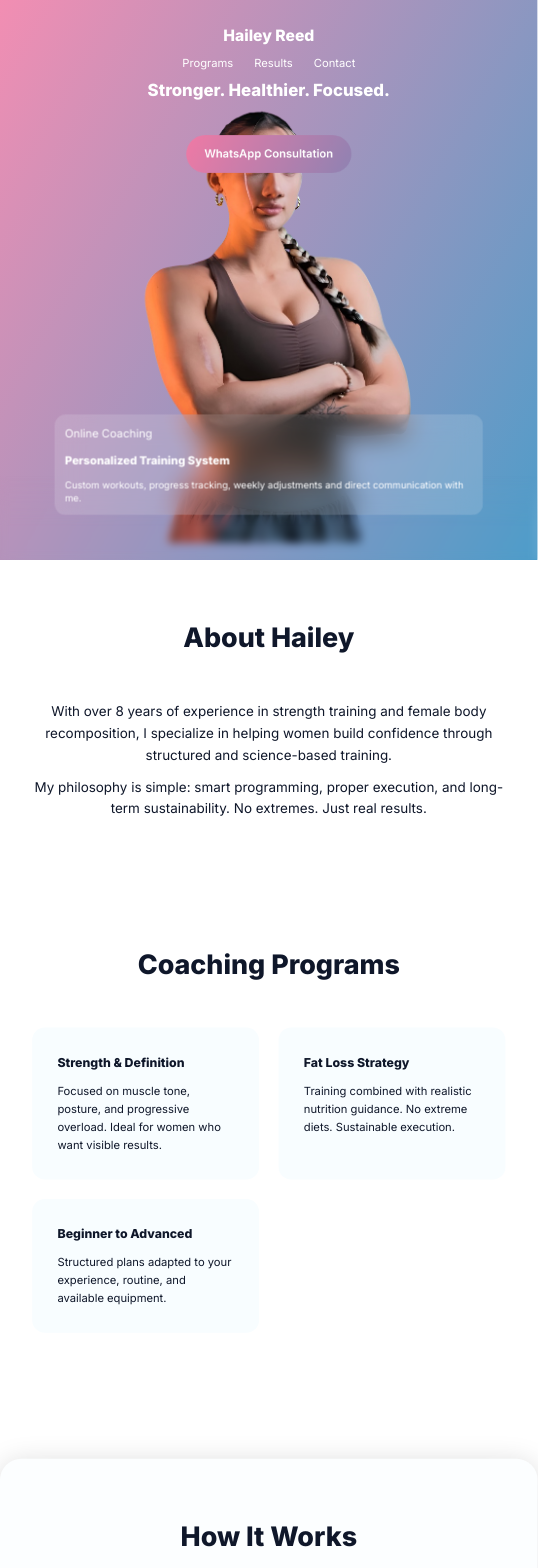
Repository: davidfsillva/Hailey-Reed-Coaching
Page: index.html
The author's editor kept a copy of each file at every save. The page is drawn from the files as they stood at one save, then again after the next save.
The browser window is 768 px wide. The pictures show the part of the page from y = 0 to 2240 px (the page is 5196 px tall), at 70% of full size.

Above is the page before, as saved 2026-02-12 11:26:29.

### index.html
<!DOCTYPE html>
<html lang="en">
<head>
  <meta charset="UTF-8" />
  <meta name="viewport" content="width=device-width, initial-scale=1.0" />
  <title>Personal Trainer | Online Coaching</title>
  <link rel="stylesheet" href="style.css" />
  <link rel="preconnect" href="https://fonts.googleapis.com">
  <link rel="preconnect" href="https://fonts.gstatic.com" crossorigin>
  <link href="https://fonts.googleapis.com/css2?family=Inter:wght@400;600;800&display=swap" rel="stylesheet">
</head>
<body>

<header class="hero">
  <nav class="nav">
    <h1 class="logo">Hailey Reed</h1>
    <div class="nav-links">
      <a href="#programs">Programs</a>
      <a href="#results">Results</a>
      <a href="#contact">Contact</a>
    </div>
  </nav>

  <img class="hero-img" src="img/Photoroom_20260211_45117 PM.png" alt="Trainer" />

  <div class="hero-gradient"></div>

  <div class="hero-content">
    <div class="hero-text">
<h2 class="hero-title">
  Stronger. <br>
  Healthier. <br>
  Focused.
</h2>

      <p>
        Evidence-based training designed for women who <br>
        want real strength, visible definition, and long-term <br>
        consistency — without wasting time.
      </p>
      <div class="cta-group hero-cta">
        <a href="https://wa.me/5599999999999" target="_blank" class="btn primary whatsapp-btn">
          WhatsApp Consultation
        </a>
      </div>
    </div>

    <div class="hero-card">
      <span class="tag">Online Coaching</span>
      <h3>Personalized Training System</h3>
      <p>
        Custom workouts, progress tracking, weekly adjustments
        and direct communication with me.
      </p>
    </div>
  </div>
</header>

<!-- ABOUT SECTION -->
<section class="section">
  <h3>About Hailey</h3>
  <div class="testimonial">
    <p>
      With over 8 years of experience in strength training and female body
      recomposition, I specialize in helping women build confidence through
      structured and science-based training.
    </p>
    <p>
      My philosophy is simple: smart programming, proper execution,
      and long-term sustainability. No extremes. Just real results.
    </p>
  </div>
</section>

<section id="programs" class="section">
  <h3>Coaching Programs</h3>

  <div class="cards">
    <div class="card">
      <h4>Strength & Definition</h4>
      <p>
        Focused on muscle tone, posture, and progressive overload.
        Ideal for women who want visible results.
      </p>
    </div>

    <div class="card">
      <h4>Fat Loss Strategy</h4>
      <p>
        Training combined with realistic nutrition guidance.
        No extreme diets. Sustainable execution.
      </p>
    </div>

    <div class="card">
      <h4>Beginner to Advanced</h4>
      <p>
        Structured plans adapted to your experience, routine,
        and available equipment.
      </p>
    </div>
  </div>
</section>

<!-- HOW IT WORKS -->
<section class="section dark">
  <h3>How It Works</h3>

  <div class="cards">
    <div class="card">
      <h4>1. Initial Consultation</h4>
      <p>
        We discuss your goals, routine, training history,
        and current physical condition.
      </p>
    </div>

    <div class="card">
      <h4>2. Custom Plan Creation</h4>
      <p>
        A personalized workout structure is designed
        specifically for your body and objectives.
      </p>
    </div>

    <div class="card">
      <h4>3. Weekly Adjustments</h4>
      <p>
        Progress tracking and adjustments ensure continuous
        improvement and optimal results.
      </p>
    </div>
  </div>
</section>

<section id="results" class="section dark">
  <h3>Client Feedback</h3>

  <div class="testimonial">
    <p>
      “This coaching completely changed how I train.
      Every session has a clear purpose and I finally feel strong.”
    </p>
    <span>— Samantha M.</span>
  </div>
</section>

<!-- TRANSFORMATION PROCESS -->
<section class="section">
  <h3>The Transformation Process</h3>

  <div class="testimonial">
    <p>
      Sustainable transformation is not about intensity —
      it's about consistency.
    </p>
    <p>
      Through progressive overload, intelligent recovery,
      and realistic nutrition, we create measurable and lasting results.
    </p>
  </div>
</section>

<!-- FAQ -->
<section class="section">
  <h3>Frequently Asked Questions</h3>

  <div class="cards">
    <div class="card">
      <h4>Do I need gym access?</h4>
      <p>
        Not necessarily. Programs can be adapted for home training
        with minimal equipment.
      </p>
    </div>

    <div class="card">
      <h4>Is nutrition included?</h4>
      <p>
        Yes. You receive structured guidance focused on sustainable habits,
        not restrictive diets.
      </p>
    </div>

    <div class="card">
      <h4>How long until I see results?</h4>
      <p>
        Most clients notice strength improvements within weeks
        and visible body changes within 8–12 weeks.
      </p>
    </div>
  </div>
</section>

<!-- FINAL CTA SECTION -->
<section class="section dark">
  <div class="testimonial">
    <h3>Ready to Transform?</h3>
    <p>
      Your strongest, healthiest version starts with a decision.
      Let’s build it together.
    </p>
    <div class="cta-group center">
      <a href="https://wa.me/5599999999999" target="_blank" class="btn primary">
        Apply for Coaching
      </a>
    </div>
  </div>
</section>

<footer class="footer">
  <p>© 2026 Hailey Reed Coaching. All rights reserved.</p>
</footer>

<script src="script.js"></script>
</body>
</html>

### style.css
:root {
  --pink: #f07aa5;
  --blue: #2e8bc0;
  --dark: #0f172a;
  --light: #ffffff;
  --muted: #cbd5e1;
}

/* ================= RESET ================= */
* {
  margin: 0;
  padding: 0;
  box-sizing: border-box;
  font-family: 'Inter', sans-serif;
}

body {
  background: var(--light);
  color: var(--dark);
  line-height: 1.6;
}

/* ================= HERO ================= */
.hero {
  position: relative;
  min-height: 100vh;
  padding: 32px 8%;
  color: white;
  overflow: hidden;
}

/* IMAGEM */
.hero-img {
  position: absolute;
  top: 50%;
  left: 50%;
  transform: translate(-50%, -50%);
  width: 60%;
  max-width: 500px;
  height: auto;
  z-index: 2;
}

/* GRADIENTE */
.hero-gradient {
  position: absolute;
  inset: 0;
  background: linear-gradient(
    120deg,
    rgba(240,122,165,0.85),
    rgba(46,139,192,0.85)
  );
  z-index: 1;
}

/* CONTEÚDO */
.hero-content {
  position: relative;
  z-index: 5;
}

/* TEXTO */
.hero-text {
  display: flex;
  flex-direction: column;
  justify-content: center;
  height: 85vh;
  max-width: 550px;
}

.hero-title {
  font-size: clamp(2.8rem, 5vw, 4.5rem);
  line-height: 1.05;
  margin-bottom: 24px;
}

.hero-text p {
  max-width: 480px;
  font-size: 1rem;
  color: #f1f5f9;
}

/* BLUR INFERIOR */
.hero::after {
  content: "";
  position: absolute;
  bottom: 0;
  left: 0;
  width: 100%;
  height: 120px;
  backdrop-filter: blur(6px);
  -webkit-backdrop-filter: blur(6px);
  mask-image: linear-gradient(to top, black 40%, transparent 100%);
  pointer-events: none;
  z-index: 3;
}

/* ================= BOTÕES ================= */
.cta-group {
  display: flex;
  gap: 16px;
  margin-top: 32px;
  flex-wrap: wrap;
}

.btn {
  padding: 14px 26px;
  border-radius: 999px;
  font-weight: 600;
  text-decoration: none;
  display: inline-block;
  transition: all 0.35s cubic-bezier(0.22, 1, 0.36, 1);
  will-change: transform;
}

.whatsapp-btn {
  background: linear-gradient(120deg, var(--pink), var(--blue)) ;
  color: var(--light) !important;
}

.whatsapp-btn:hover {
  background: linear-gradient(120deg, var(--pink), var(--blue)) !important;
  color: var(--dark);
  box-shadow: 0 10px 25px rgba(0, 0, 0, 0.884);
  transform: translateY(-4px) !important;
  background-size: 200% 200%;

}

.btn.primary {
  background: linear-gradient(120deg, var(--pink), var(--blue));
  color: var(--light);
  background-size: 200% 200%;
}

.btn.primary:hover {
  background: linear-gradient(120deg, var(--pink), var(--blue));
  color: white;
  background-position: right center;
  transform: translateY(-4px) !important;
  box-shadow: 0 10px 25px rgba(240,122,165,0.3);
  transition: all 0.4s ease;


}

.btn.secondary {
  background: linear-gradient(120deg, var(--pink), var(--blue));
  color: var(--light);
  background-size: 200% 200%;

}

.btn.secondary:hover {
  background: linear-gradient(120deg, var(--pink), var(--blue));  color: white;
  box-shadow: 0 10px 25px rgba(240,122,165,0.3);
  transform: translateY(-4px) !important;



}


/* ================= HERO CARD ================= */
.hero-card {
  position: absolute;
  top: 42%;
  right: 3%;
  width: 300px;
  background: rgba(255,255,255,0.15);
  backdrop-filter: blur(18px);
  padding: 32px;
  border-radius: 20px;
  z-index: 4;
}



.hero-card h3 {
  margin: 12px 0;
}

/* ================= NAVBAR ================= */
.nav {
  position: relative;
  z-index: 10;
  display: flex;
  justify-content: space-between;
  align-items: center;
}

.logo {
  font-weight: 800;
  font-size: 1.4rem;
}

.nav-links a {
  position: relative;
  color: white;
  margin-left: 24px;
  text-decoration: none;
  font-weight: 500;
  padding-bottom: 4px;
}

.nav-links a::after {
  content: "";
  position: absolute;
  left: 0;
  bottom: 0;
  width: 0%;
  height: 2px;
  background: white;
  transition: width 0.3s ease;
}

.nav-links a:hover::after {
  width: 100%;
}

/* ================= SECTIONS ================= */
.section {
  padding: 100px 8%;
  max-width: 1200px;
  margin: auto;
}

.section h3 {
  font-size: 2.4rem;
  margin-bottom: 60px;
  text-align: center;
}

.cards {
  display: grid;
  grid-template-columns: repeat(auto-fit, minmax(260px, 1fr));
  gap: 28px;
}

.card {
  background: rgb(248, 253, 255);
  padding: 36px;
  border-radius: 18px;
  transition: 0.3s ease;
}

.card:hover {
  transform: translateY(-6px);
}

.card h4 {
  margin-bottom: 14px;
  font-size: 1.1rem;
}

/* ================= DARK SECTIONS ================= */
.dark {
  background: rgb(252, 254, 255);
  border-radius: 30px;
  color: var(--dark);
  margin: 100px auto;
  padding: 100px 8%;
  box-shadow: 0 5px 40px rgba(0,0,0,0.15);
}


.dark .card {
  background: rgba(255,255,255,0.06);
  color: var(--dark);
  box-shadow: 0 20px 60px rgba(0,0,0,0.15);
}

.dark .card:hover {
  background: rgba(255,255,255,0.1);
}

/* ================= TESTIMONIAL ================= */
.testimonial {
  max-width: 750px;
  margin: auto;
  text-align: center;
}

.testimonial p {
  font-size: 1.2rem;
  margin-bottom: 16px;
}

.contact-text {
  text-align: center;
  max-width: 520px;
  margin: 0 auto 32px;
}

.center {
  justify-content: center;
}

/* ================= FOOTER ================= */
.footer {
  padding: 32px;
  text-align: center;
  background: linear-gradient(120deg, var(--pink), var(--blue));
  color: var(--muted);
  font-size: 0.85rem;
}

/* ================= RESPONSIVE ================= */
@media (max-width: 1024px) {

  .hero-card {
    position: relative;
    top: unset;
    right: unset;
    margin-top: 40px;
    width: 100%;
    max-width: 400px;
  }

  .hero-text {
    height: auto;
    text-align: center;
    margin-top: 80px;
  }

  .hero-text p {
    margin: auto;
  }

  .hero-img {
    width: 75%;
  }
}

@media (max-width: 768px) {

  .nav {
    flex-direction: column;
    align-items: center;
  }

  .nav-links {
    display: flex;
    gap: 30px;
    margin-top: 10px;
  }

  .nav-links a {
    margin-left: 0;
  }

  .hero-card {
    width: 95%;
    max-width: 660px;
    margin: 375px auto 0;
    padding: 15px;
    border-radius: 16px;
  }

  .hero-card h3 {
    font-size: 1rem;
  }

  .hero-card p {
    font-size: 0.85rem;
    line-height: 1.4;
  }

  .hero-img {
    width: 90%;
    top: 50%;
  }

  .hero-title {
    font-size: 1.5rem;
    margin-bottom: 20px;
    display: flex;
    justify-content: center;
    gap: 8px;
    flex-wrap: nowrap;
    line-height: 1;
  }

  .hero-title br {
    display: none;
  }

  .hero-text {
    height: auto;
    justify-content: flex-start;
    margin-top: 10px;
    text-align: center;
  }

  .hero-text p {
    display: none;
  }

  .section {
    padding: 80px 6%;
  }

  /* Apenas o botão do HERO */
  .hero-cta {
    position: relative;
    transform: none;
    z-index: 6;
    justify-content: center;
  }

  .hero-content {
    display: flex;
    flex-direction: column;
    align-items: center; /* centraliza horizontalmente */
    justify-content: center; /* centraliza verticalmente */
    gap: 24px; /* espaço entre título, botão e card */
    z-index: 5;
    position: relative;
  }


  /* Botões de contato / final */
  .cta-group {
    position: relative;
    transform: none;
    z-index: 1;
    display: flex;
    justify-content: center;
  }

  .btn.primary {
    transform: none;
  }

  .whatsapp-btn {
    margin-bottom: 50px;
    position: absolute;       /* permite mover livremente */
    transform: translateX(-50%); /* centraliza exatamente */
    z-index: 6;               /* acima de imagens e cards */
  }
}

@media (max-width: 480px) {

  .hero {
    padding: 24px 6%;
  }

  .btn {
    width: 100%;
    text-align: center;
  }

  .cta-group {
    flex-direction: column;
  }
}

### script.js
// ===============================
// SMOOTH SCROLL
// ===============================
document.querySelectorAll('a[href^="#"]').forEach(anchor => {
  anchor.addEventListener('click', function (e) {
    const target = document.querySelector(this.getAttribute('href'));
    if (!target) return;

    e.preventDefault();
    target.scrollIntoView({ behavior: 'smooth' });
  });
});


// ===============================
// NAVBAR SCROLL EFFECT
// ===============================
const nav = document.querySelector(".nav");

window.addEventListener("scroll", () => {
  if (!nav) return;

  if (window.scrollY > 50) {
    nav.style.background = "rgba(15, 23, 42, 0.85)";
    nav.style.backdropFilter = "blur(10px)";
    nav.style.padding = "16px 8%";
    nav.style.transition = "all 0.3s ease";
  } else {
    nav.style.background = "transparent";
    nav.style.backdropFilter = "none";
    nav.style.padding = "";
  }
});


// ===============================
// SCROLL REVEAL (melhor performance)
// ===============================
const revealElements = document.querySelectorAll(".section, .card, .testimonial");

const revealOnScroll = () => {
  const triggerBottom = window.innerHeight * 0.85;

  revealElements.forEach(el => {
    const elementTop = el.getBoundingClientRect().top;

    if (elementTop < triggerBottom) {
      el.style.opacity = "1";
      el.style.transform = "translateY(0)";
    }
  });
};

// Estado inicial
revealElements.forEach(el => {
  el.style.opacity = "0";
  el.style.transform = "translateY(40px)";
  el.style.transition = "opacity 0.8s ease, transform 0.8s ease";
});

window.addEventListener("scroll", revealOnScroll);
window.addEventListener("load", revealOnScroll);



// ===============================
// HERO IMAGE PARALLAX (DESKTOP ONLY)
// ===============================
const heroImg = document.querySelector(".hero-img");

if (heroImg && window.innerWidth > 768) {
  window.addEventListener("scroll", () => {
    const scrollPosition = window.scrollY;
    heroImg.style.transform =
      `translate(-50%, calc(-50% + ${scrollPosition * 0.12}px))`;
  });
}



// ===============================
// BUTTON FADE-IN ON LOAD
// ===============================
window.addEventListener("load", () => {
  const buttons = document.querySelectorAll(".btn");

  buttons.forEach((btn, index) => {
    btn.style.opacity = "0";
    btn.style.transform = "translateY(20px)";
    btn.style.transition = "opacity 0.6s ease, transform 0.6s ease";

    setTimeout(() => {
      btn.style.opacity = "1";
      btn.style.transform = "translateY(0)";
    }, 300 + index * 150);
  });
});



// ===============================
// CARD HOVER GLOW EFFECT (desktop only)
// ===============================
if (window.innerWidth > 768) {

  const cards = document.querySelectorAll(".card");

  cards.forEach(card => {

    card.addEventListener("mousemove", (e) => {
      const rect = card.getBoundingClientRect();
      const x = e.clientX - rect.left;
      const y = e.clientY - rect.top;

      card.style.background = `
        radial-gradient(circle at ${x}px ${y}px,
        rgba(240,122,165,0.18),
        rgba(255,255,255,0.03))
      `;
    });

    card.addEventListener("mouseleave", () => {
      card.style.background = "";
    });

  });

}

After the next save:
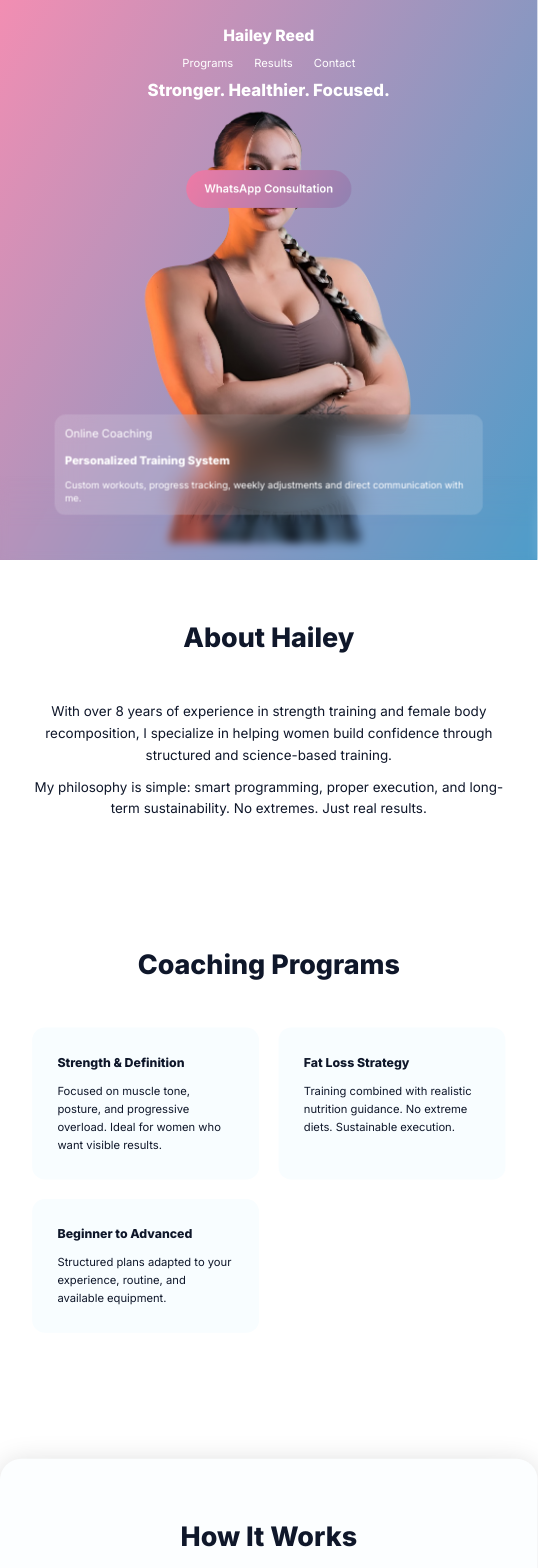
Saved 8 s later.
--- a/style.css
+++ b/style.css
@@ -433,7 +433,7 @@ body {
   }
 
   .whatsapp-btn {
-    margin-bottom: 50px;
+    margin-top: 50px;
     position: absolute;       /* permite mover livremente */
     transform: translateX(-50%); /* centraliza exatamente */
     z-index: 6;               /* acima de imagens e cards */
